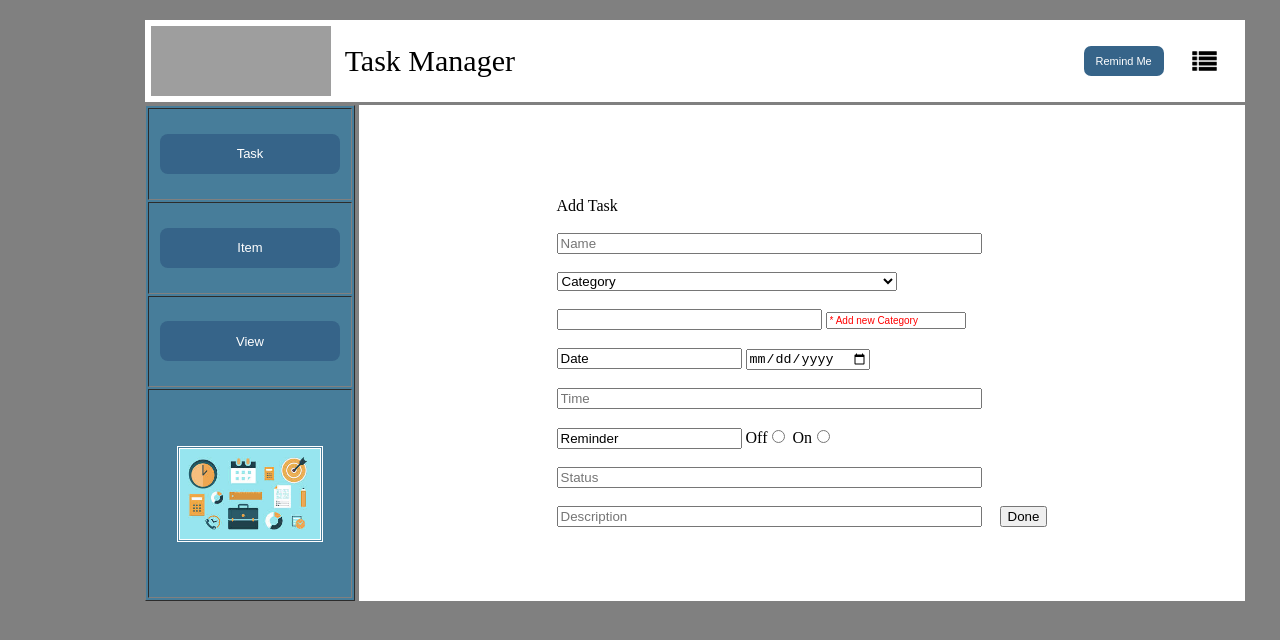
Repository: SnehaSalvi/TaskManagerProject
Page: http://localhost/TaskManagerChecklist/AddTask.jsp
These files come from the project's save history. The page is drawn as it stood at one moment and after the next save; the edit follows.
The browser window is 1280 px wide. The pictures show the whole page.
Pictures or frames that could not be fetched are drawn as grey boxes. The page is served by Tomcat 9. Other server files are loaded and not shown.

Above is the page before, as saved 2016-10-14 08:42:49.

### TaskManagerChecklist/WebContent/AddTask.jsp
<%@ page language="java" contentType="text/html; charset=ISO-8859-1"
    pageEncoding="ISO-8859-1"%>
<!DOCTYPE html PUBLIC "-//W3C//DTD HTML 4.01 Transitional//EN" "http://www.w3.org/TR/html4/loose.dtd">
<html>
<head>
<meta http-equiv="Content-Type" content="text/html; charset=ISO-8859-1">
<title>Insert title here</title>
<link href="home.css" type="text/css" rel="stylesheet"/>

</head>
<body>
<form>
	<table id="table1">
		<tr>
			<td id="td1">
				<img id="banner" src="images/banner.jpg"/>
			</td>
			<td id="td_blank">
			</td>
			<td id="td2">
				Task Manager
			</td>
			<td id="td3" align="center">
				<input type="button" name="remind" id="button1" value="Remind Me"/>
			</td>
			<td id="td4" align="center">
				<img id="list" src="images/list.png"/>
			</td>
		</tr>
	</table>
	<table></table>
	<table>
		<tr>
			<td>
				<table id="table2" border="1">
					<tr>
						<td id="#td5" align="center">
							<input type="button" name="task" id="button2" value="Task"/>
						</td>
					</tr>
					<tr>
						<td align="center">
							<input type="button" name="item" id="button2" value="Item"/>
						</td>
					</tr>
					<tr>
						<td align="center">
							<input type="button" name="view" id="button2" value="View"/>
						</td>
					</tr>
					<tr>
						<td rowspan="7" align="center">
							<img id="img1" src="images/menu.jpg"/>
						</td>
					</tr>
				</table>
			</td>
			<td>
				<table id="table3">
					<tr>
						<td id="#td6">&nbsp;&nbsp;&nbsp;&nbsp;
							<table align="center" cellspacing="10" cellpadding="4">
								<tr>
									<td colspan="2">
										Add Task
									</td>
								</tr>
								<tr>
									<td colspan="2">
										<input type="text" name="taskname" placeholder="Name" size="50" required="required"/>
									</td>
								</tr>
								<tr>
									<td colspan="2">
										<select id="select1" name="categoryname" placeholder="Category" value="Category" required="required">
											<optgroup label="Personal">
												<option value="" disabled selected hidden>Category</option>
												<option>Shopping</option>
												<option>Exercise</option>
											</optgroup>
											<optgroup label="Professional">
												<option>Meeting</option>
												<option>Project Work</option>
											</optgroup>
										</select>
									</td>
								</tr>
								<tr>
									<td colspan="2">
										<input type="text" name="categoryname" size="30" required="required"/>
										<input type="label" id="label1" name="newcategory" value="* Add new Category" required="required"/>
									</td>
								</tr>
								<tr>
									<td colspan="2">
										<input type="label" name="newdate" value="Date" required="required"/>
										<input type="date" name="date">
									</td>
								</tr>
								<tr>
									<td colspan="2">
										<input type="text" name="time" placeholder="Time" size="50" required="required"/>
									</td>
								</tr>
								<tr>
									<td colspan="2">
										<input type="label" value="Reminder" required="required"/>
										Off<input type="radio" name="reminder">
										On<input type="radio" name="reminder">
									</td>
								</tr>
								<tr>
									<td colspan="2">
										<input type="text" name="status" placeholder="Status" size="50" required="required"/>
									</td>
								</tr>
								<tr>
									<td>
										<input type="text" name="description" placeholder="Description" size="50" required="required"/>
									</td>
									<td>
										<input type="submit" value="Done"/>
									</td>
								</tr>
							</table>
						</td>
					</tr>
				</table>
			</td>
		</tr>
	</table>
</form>
<!--<form action="Hello">
Name:<input type="text" name="user"/>
<input type="submit" value="go"/>
</form>-->
</body>
</html>

### TaskManagerChecklist/WebContent/home.css
body
{
	background-position: center;
	background-color:gray;
	margin-left: 140px;
	margin-top: 20px;
	margin-right: 120px;
	margin-bottom: 20px;
	background-repeat: no-repeat;
}
#table1
{
	margin-left:5px;
	background-color:white;
	background-position: center;
	height: 76px;
	width:1100px;

}
#table2
{
	margin-left:2px;
	background-color:#477d9a;
	background-position: center;
	height: 496px;
	width:210px;


}
#table3
{
	background-color:white;
	background-position: center;
	height: 496px;
	width:886px;

}
#table4
{

	background-position: center;
	height: 497px;
	width:1100px;
}
#table5
{
	width:200px;
}
#table6
{
	cellpadding:4;
}
img
{
	border-style:double;
	border-color: white;
}
tr
{

}
#div1
{
	width: 600px;
	height: 400px;
}
#td1
{
	width:185px;
	height:75px;
	background-color:
}
#td2
{
	width:735px;
	height:75px;
	font-family: serif;
	font-size: 30px;
	font-style: inherit;

}
#td3
{
	width:80px;
	height:75px;
}
#td4
{
	width:30x;
	height:75px;
}
#td_blank
{
	width:100x;
	height:75px;
}

#td6
{
	width:1050x;
	height:495px;


}
#banner
{

	width: 180px;
	height: 70px;
}
#list
{

	width: 25px;
	height: 20px;
}
#select1
{
	width:340px;
}
#img1
{

	width: 140px;
	height: 90px;
}
#button1
{
    height: 30px;
    width: 80px;
    border-radius: 7px;
    border: 1px solid #000;
    font-family: sans-serif;
    background-color:#366489;
    color:white;
    font-size: 11px;
    border: 0;
}
#button2
{
    height: 40px;
    width: 180px;
    border-radius: 8px;
    border: 1px solid #000;
    font-family:sans-serif;
    font-size: 13px;
   background-color:#366489;
   color:white;
    border: 0;
}
#label1
{
	color:red;
	font-size: 10px;
}
#div3
{
	width: 510px;
	height: 350px;
}

After the next save:
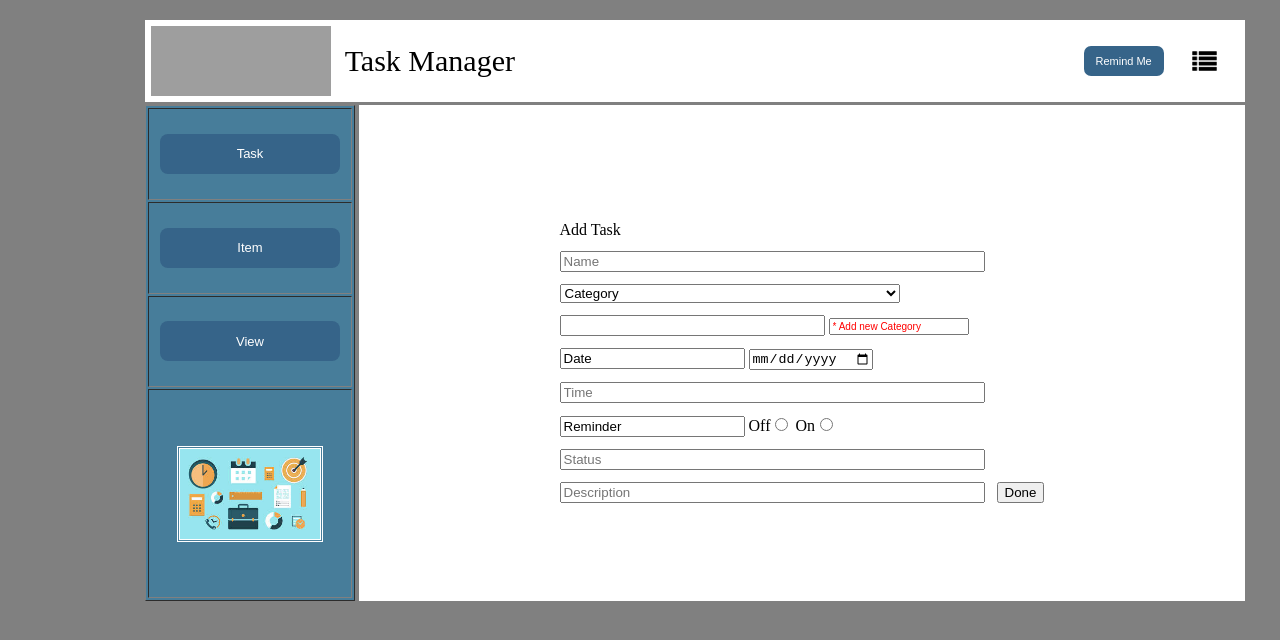
Saved 6 s later.
--- a/TaskManagerChecklist/WebContent/AddTask.jsp
+++ b/TaskManagerChecklist/WebContent/AddTask.jsp
@@ -59,7 +59,7 @@
 				<table id="table3">
 					<tr>
 						<td id="#td6">&nbsp;&nbsp;&nbsp;&nbsp;
-							<table align="center" cellspacing="10" cellpadding="4">
+							<table align="center" cellspacing="10">
 								<tr>
 									<td colspan="2">
 										Add Task
